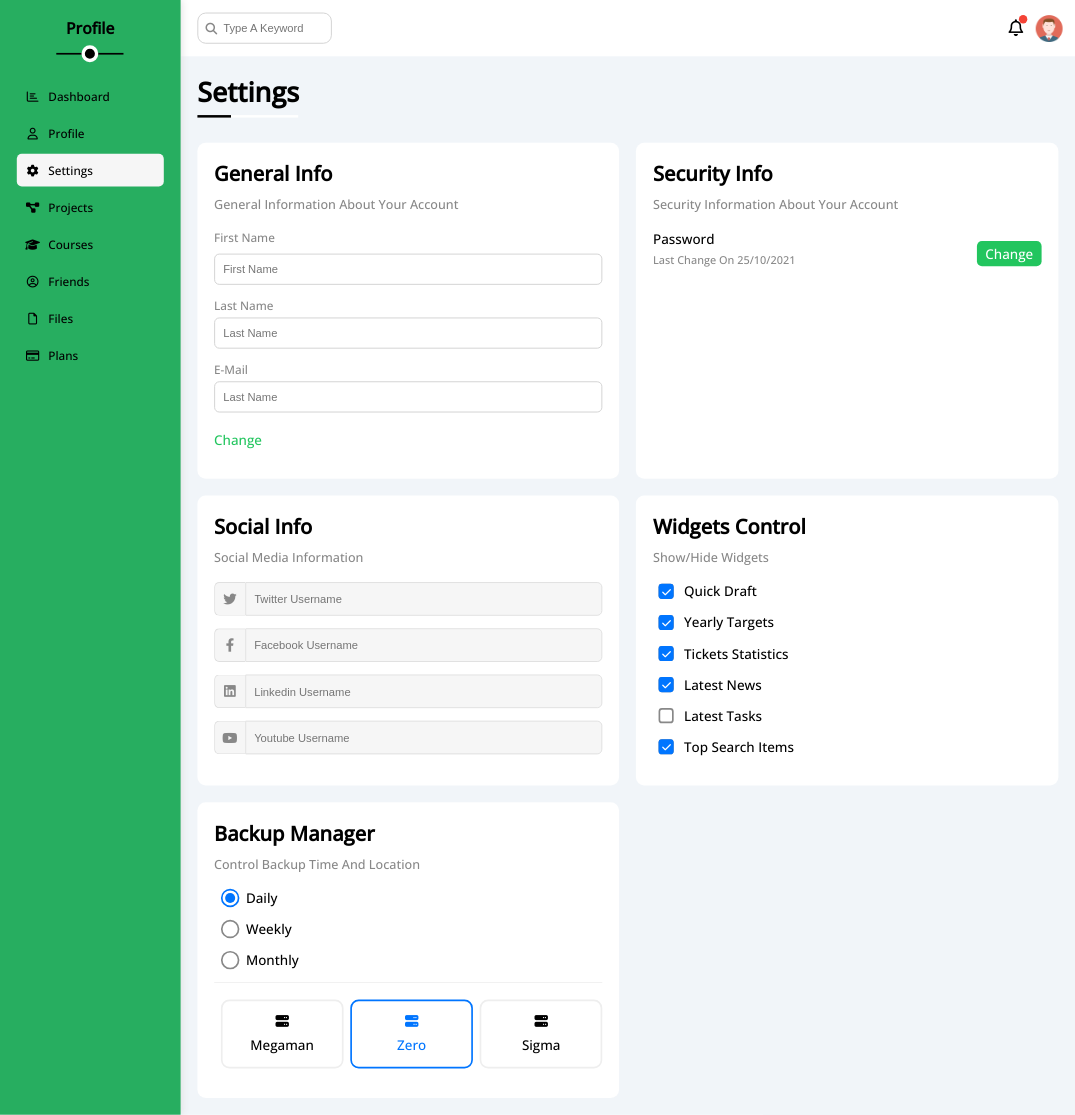
Repository: souhailaniba/Bookly
Page: public/assets/books webstie/settings.html
The author's editor kept a copy of each file at every save. The page is drawn from the files as they stood at one save, then again after the next save.
The browser window is 1280 px wide. The pictures show the whole page, at 84% of full size.

Above is the page before, as saved 2023-01-27 14:51:22.

### public/assets/books webstie/settings.html
<!DOCTYPE html>
<html lang="en">
  <head>
    <meta charset="UTF-8" />
    <meta http-equiv="X-UA-Compatible" content="IE=edge" />
    <meta name="viewport" content="width=device-width, initial-scale=1.0" />
    <title>Settings</title>
    <link rel="stylesheet" href="css/all.min.css" />
    <link rel="stylesheet" href="css/framework.css" />
    <link rel="stylesheet" href="css/master.css" />
    <link rel="preconnect" href="https://fonts.googleapis.com" />
    <link rel="preconnect" href="https://fonts.gstatic.com" crossorigin />
    <link href="https://fonts.googleapis.com/css2?family=Open+Sans:wght@300;500&display=swap" rel="stylesheet" />
  </head>
  <body>
    <div class="page d-flex">
      <div class="sidebar bg-white p-20 p-relative"   style="background-color: #27ae60;">
        <h3 class="p-relative txt-c mt-0">Profile</h3>
        <ul>
          <li>
            <a class="d-flex align-center fs-14 c-black rad-6 p-10" href="profil.html">
              <i class="fa-regular fa-chart-bar fa-fw"></i>
              <span>Dashboard</span>
            </a>
          </li>
          <li>
            <a class="d-flex align-center fs-14 c-black rad-6 p-10" href="profile.html">
              <i class="fa-regular fa-user fa-fw"></i>
              <span>Profile</span>
            </a>
          </li>
          <li>
            <a class="active d-flex align-center fs-14 c-black rad-6 p-10" href="settings.html">
              <i class="fa-solid fa-gear fa-fw"></i>
              <span>Settings</span>
            </a>
          </li>
          <li>
            <a class="d-flex align-center fs-14 c-black rad-6 p-10" href="projects.html">
              <i class="fa-solid fa-diagram-project fa-fw"></i>
              <span>Projects</span>
            </a>
          </li>
          <li>
            <a class="d-flex align-center fs-14 c-black rad-6 p-10" href="courses.html">
              <i class="fa-solid fa-graduation-cap fa-fw"></i>
              <span>Courses</span>
            </a>
          </li>
          <li>
            <a class="d-flex align-center fs-14 c-black rad-6 p-10" href="friends.html">
              <i class="fa-regular fa-circle-user fa-fw"></i>
              <span>Friends</span>
            </a>
          </li>
          <li>
            <a class="d-flex align-center fs-14 c-black rad-6 p-10" href="files.html">
              <i class="fa-regular fa-file fa-fw"></i>
              <span>Files</span>
            </a>
          </li>
          <li>
            <a class="d-flex align-center fs-14 c-black rad-6 p-10" href="plans.html">
              <i class="fa-regular fa-credit-card fa-fw"></i>
              <span>Plans</span>
            </a>
          </li>
        </ul>
      </div>
      <div class="content w-full">
        <!-- Start Head -->
        <div class="head bg-white p-15 between-flex">
          <div class="search p-relative">
            <input class="p-10" type="search" placeholder="Type A Keyword" />
          </div>
          <div class="icons d-flex align-center">
            <span class="notification p-relative">
              <i class="fa-regular fa-bell fa-lg"></i>
            </span>
            <img src="imgs/avatar.png" alt="" />
          </div>
        </div>
        <!-- End Head -->
        <h1 class="p-relative">Settings</h1>
        <div class="settings-page m-20 d-grid gap-20">

          <!-- Start Settings Box -->
          <div class="p-20 bg-white rad-10">
            <h2 class="mt-0 mb-10">General Info</h2>
            <p class="mt-0 mb-20 c-grey fs-15">General Information About Your Account</p>
            <div class="mb-15">
              <label class="fs-14 c-grey d-block mb-10" for="first">First Name</label>
              <input
                class="b-none border-ccc p-10 rad-6 d-block w-full"
                type="text"
                id="first"
                placeholder="First Name"
              />
            </div>
            <div class="mb-15">
              <label class="fs-14 c-grey d-block mb-5" for="last">Last Name</label>
              <input
                class="b-none border-ccc p-10 rad-6 d-block w-full"
                id="last"
                type="text"
                placeholder="Last Name"
              />
            </div>
            <div class="mb-15">
              <label class="fs-14 c-grey d-block mb-5" for="last">E-Mail</label>
              <input
                class="b-none border-ccc p-10 rad-6 d-block w-full"
                id="last"
                type="text"
                placeholder="Last Name"
              />
              <br><a class="c-green" href="#">Change</a>
            </div>
          </div>
          <!-- End Settings Box -->
          <!-- Start Settings Box -->
          <div class="p-20 bg-white rad-10">
            <h2 class="mt-0 mb-10">Security Info</h2>
            <p class="mt-0 mb-20 c-grey fs-15">Security Information About Your Account</p>
            <div class="sec-box mb-15 between-flex">
              <div>
                <span>Password</span>
                <p class="c-grey mt-5 mb-0 fs-13">Last Change On 25/10/2021</p>
              </div>
              <a class="button bg-green c-white btn-shape" href="#">Change</a>
            </div>
          </div>
          <!-- End Settings Box -->
          <!-- Start Settings Box -->
          <div class="social-boxes p-20 bg-white rad-10">
            <h2 class="mt-0 mb-10">Social Info</h2>
            <p class="mt-0 mb-20 c-grey fs-15">Social Media Information</p>
            <div class="d-flex align-center mb-15">
              <i class="fa-brands fa-twitter center-flex c-grey"></i>
              <input class="w-full" type="text" placeholder="Twitter Username" />
            </div>
            <div class="d-flex align-center mb-15">
              <i class="fa-brands fa-facebook-f center-flex c-grey"></i>
              <input class="w-full" type="text" placeholder="Facebook Username" />
            </div>
            <div class="d-flex align-center mb-15">
              <i class="fa-brands fa-linkedin center-flex c-grey"></i>
              <input class="w-full" type="text" placeholder="Linkedin Username" />
            </div>
            <div class="d-flex align-center">
              <i class="fa-brands fa-youtube center-flex c-grey"></i>
              <input class="w-full" type="text" placeholder="Youtube Username" />
            </div>
          </div>
          <!-- End Settings Box -->
          <!-- Start Settings Box -->
          <div class="widgets-control p-20 bg-white rad-10">
            <h2 class="mt-0 mb-10">Widgets Control</h2>
            <p class="mt-0 mb-20 c-grey fs-15">Show/Hide Widgets</p>
            <div class="control d-flex align-center mb-15">
              <input type="checkbox" id="one" checked />
              <label for="one">Quick Draft</label>
            </div>
            <div class="control d-flex align-center mb-15">
              <input type="checkbox" id="two" checked />
              <label for="two">Yearly Targets</label>
            </div>
            <div class="control d-flex align-center mb-15">
              <input type="checkbox" id="three" checked />
              <label for="three">Tickets Statistics</label>
            </div>
            <div class="control d-flex align-center mb-15">
              <input type="checkbox" id="four" checked />
              <label for="four">Latest News</label>
            </div>
            <div class="control d-flex align-center mb-15">
              <input type="checkbox" id="five" />
              <label for="five">Latest Tasks</label>
            </div>
            <div class="control d-flex align-center mb-15">
              <input type="checkbox" id="six" checked />
              <label for="six">Top Search Items</label>
            </div>
          </div>
          <!-- End Settings Box -->
          <!-- Start Settings Box -->
          <div class="backup-control p-20 bg-white rad-10">
            <h2 class="mt-0 mb-10">Backup Manager</h2>
            <p class="mt-0 mb-20 c-grey fs-15">Control Backup Time And Location</p>
            <div class="date d-flex align-center mb-15">
              <input type="radio" name="time" id="daily" checked />
              <label for="daily">Daily</label>
            </div>
            <div class="date d-flex align-center mb-15">
              <input type="radio" name="time" id="weekly" />
              <label for="weekly">Weekly</label>
            </div>
            <div class="date d-flex align-center mb-15">
              <input type="radio" name="time" id="monthly" />
              <label for="monthly">Monthly</label>
            </div>
            <div class="servers d-flex align-center txt-c">
              <input type="radio" name="servers" id="server-one" />
              <div class="server mb-15 rad-10 w-full">
                <label class="d-block m-15" for="server-one">
                  <i class="fa-solid fa-server d-block mb-10"></i>
                  Megaman
                </label>
              </div>
              <input type="radio" name="servers" id="server-two" checked />
              <div class="server mb-15 rad-10 w-full">
                <label class="d-block m-15" for="server-two">
                  <i class="fa-solid fa-server d-block mb-10"></i>
                  Zero
                </label>
              </div>
              <input type="radio" name="servers" id="server-three" />
              <div class="server mb-15 rad-10 w-full">
                <label class="d-block m-15" for="server-three">
                  <i class="fa-solid fa-server d-block mb-10"></i>
                  Sigma
                </label>
              </div>
            </div>
          </div>
          <!-- End Settings Box -->
        </div>
      </div>
    </div>
  </body>
</html>

### public/assets/books webstie/css/framework.css
:root {
  --blue-color: #0075ff;
  --blue-alt-color: #0d69d5;
  --orange-color: #f59e0b;
  --green-color: #22c55e;
  --red-color: #f44336;
  --grey-color: #888;
}
/* Start Box */
.d-flex {
  display: flex;
}
.f-wrap {
  flex-wrap: wrap;
}
.align-center {
  align-items: center;
}
.space-between {
  justify-content: space-between;
}
.d-grid {
  display: grid;
}
.gap-20 {
  gap: 20px;
}
.d-block {
  display: block;
}
@media (max-width: 767px) {
  .block-mobile {
    display: block;
  }
  .hide-mobile {
    display: none;
  }
}
/* End Box */
/* Start Padding + Margin */
.p-10 {
  padding: 10px;
}
.p-15 {
  padding: 15px;
}
.p-20 {
  padding: 20px;
}
.pt-10 {
  padding-top: 10px;
}
.pt-15 {
  padding-top: 15px;
}
.pt-20 {
  padding-top: 20px;
}
.pb-10 {
  padding-bottom: 10px;
}
.pb-15 {
  padding-bottom: 15px;
}
.pb-20 {
  padding-bottom: 20px;
}
.pl-15 {
  padding-left: 15px;
}
.m-0 {
  margin: 0;
}
.m-15 {
  margin: 15px;
}
.m-20 {
  margin: 20px;
}
.mt-0 {
  margin-top: 0;
}
.mt-5 {
  margin-top: 5px;
}
.mt-10 {
  margin-top: 10px;
}
.mt-15 {
  margin-top: 15px;
}
.mt-20 {
  margin-top: 20px;
}
.mt-25 {
  margin-top: 25px;
}
.mr-10 {
  margin-right: 10px;
}
.mr-15 {
  margin-right: 15px;
}
.mb-5 {
  margin-bottom: 5px;
}
.mb-10 {
  margin-bottom: 10px;
}
.mb-15 {
  margin-bottom: 15px;
}
.mb-20 {
  margin-bottom: 20px;
}
.mb-25 {
  margin-bottom: 25px;
}
/* End Padding + Margin */
/* Start Color */
.c-black {
  color: black;
}
.c-white {
  color: white;
}
.c-grey {
  color: var(--grey-color);
}
.c-red {
  color: var(--red-color);
}
.c-green {
  color: var(--green-color);
}
.c-blue {
  color: var(--blue-color);
}
.c-orange {
  color: var(--orange-color);
}
.bg-red {
  background-color: var(--red-color);
}
.bg-green {
  background-color: var(--green-color);
}
.bg-blue {
  background-color: var(--blue-color);
}
.bg-orange {
  background-color: var(--orange-color);
}
.bg-white {
  background-color: white;
}
.bg-eee {
  background-color: #eee;
}
/* End Color */
/* Start Position */
.p-relative {
  position: relative;
}
.p-absolute {
  position: absolute;
}
/* End Position */
/* Start Font */
.txt-c {
  text-align: center;
}
.fs-13 {
  font-size: 13px;
}
.fs-14 {
  font-size: 14px;
}
.fs-15 {
  font-size: 15px;
}
.fs-25 {
  font-size: 25px;
}
.fw-bold {
  font-weight: bold;
}
@media (max-width: 767px) {
  .txt-c-mobile {
    text-align: center;
  }
}
/* End Font */
/* Start Border */
.rad-6 {
  border-radius: 6px;
}
.rad-10 {
  border-radius: 10px;
}
.rad-half {
  border-radius: 50%;
}
.b-none {
  border: none;
}
.border-ccc {
  border: 1px solid #ccc;
}
.border-eee {
  border: 1px solid #eee;
}

/* End Border */
/* Start Width + Height */
.w-full {
  width: 100%;
}
.w-100 {
  width: 100px;
}
.w-fit {
  width: fit-content;
}
.h-full {
  height: 100%;
}
.h-100 {
  height: 100px;
}
/* End Width + Height */
/* Start Components */
.center-flex {
  display: flex;
  align-items: center;
  justify-content: center;
}
.between-flex {
  display: flex;
  align-items: center;
  justify-content: space-between;
}
.btn-shape {
  padding: 4px 10px;
  border-radius: 6px;
}
/* End Components */

Loaded but not shown: public/assets/books webstie/css/all.min.css (library); public/assets/books webstie/css/master.css (1171 lines, source omitted)

After the next save:
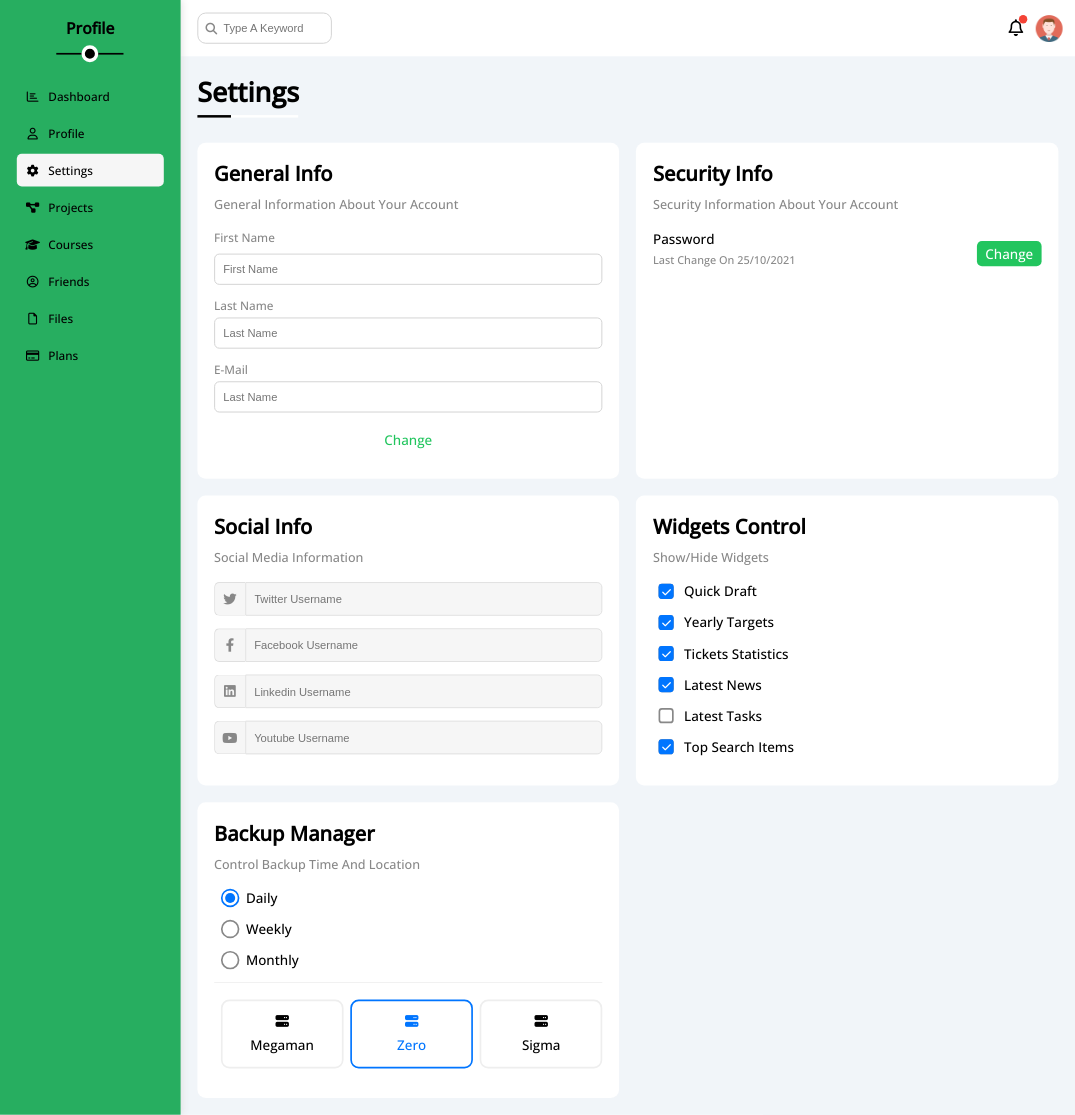
Saved 15 s later.
--- a/public/assets/books webstie/settings.html
+++ b/public/assets/books webstie/settings.html
@@ -114,7 +114,7 @@
                 type="text"
                 placeholder="Last Name"
               />
-              <br><a class="c-green" href="#">Change</a>
+              <center><br><a class="c-green" href="#">Change</a></center>
             </div>
           </div>
           <!-- End Settings Box -->
